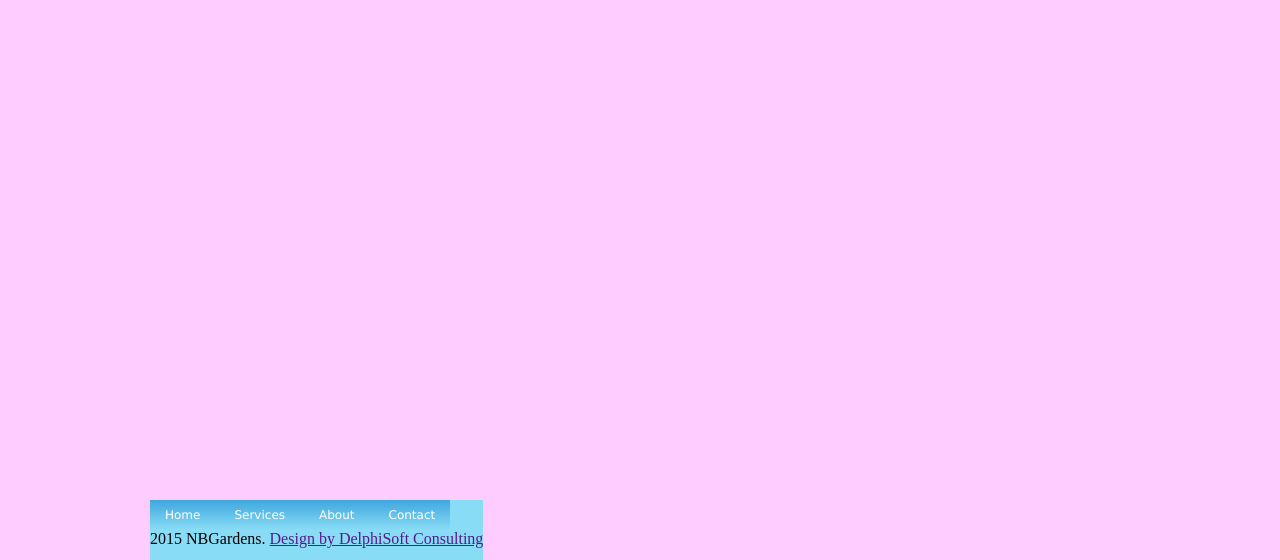
Repository: GAndrews13/BlueGardens
Page: BlueGardensEESystem/src/main/webapp/templates/template.html
These files come from the project's save history. The page is drawn as it stood at one moment and after the next save; the edit follows.
The browser window is 1280 px wide. The pictures show the part of the page from y = 300 to 860 px (the page is 860 px tall).

Above is the page before, as saved 2015-07-21 14:00:07.

After the next save:
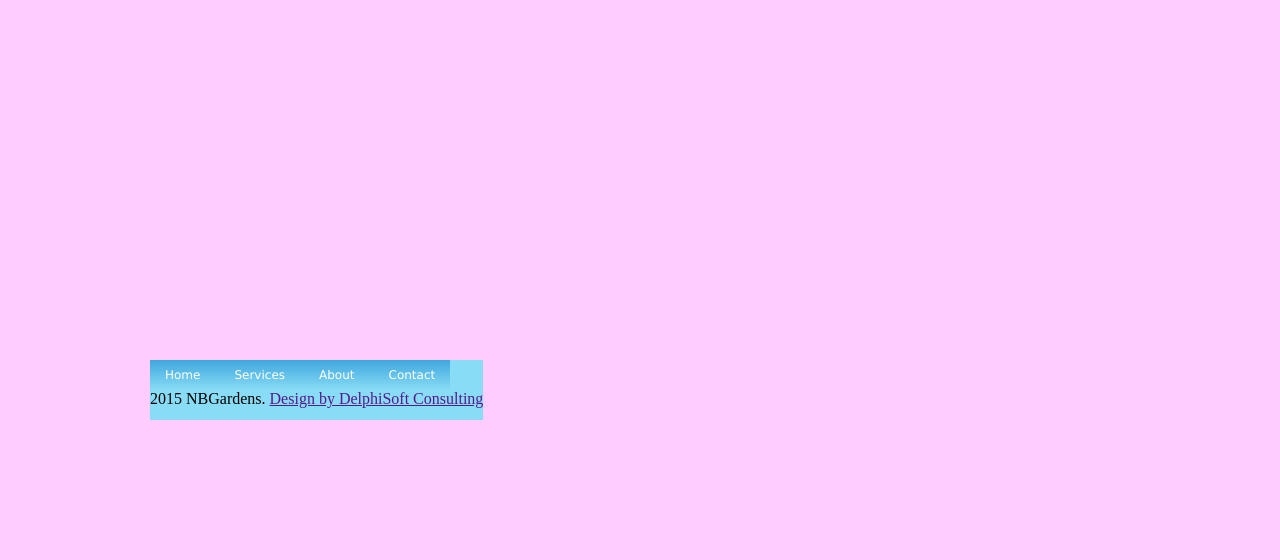
Saved 11 s later.
--- a/BlueGardensEESystem/src/main/webapp/style.css
+++ b/BlueGardensEESystem/src/main/webapp/style.css
@@ -113,6 +113,7 @@ body{
 		height: 60px;
 		background-color: #89dcf5;
 		position:fixed;
+		bottom:0;
 	}
 
 	.site-header{
